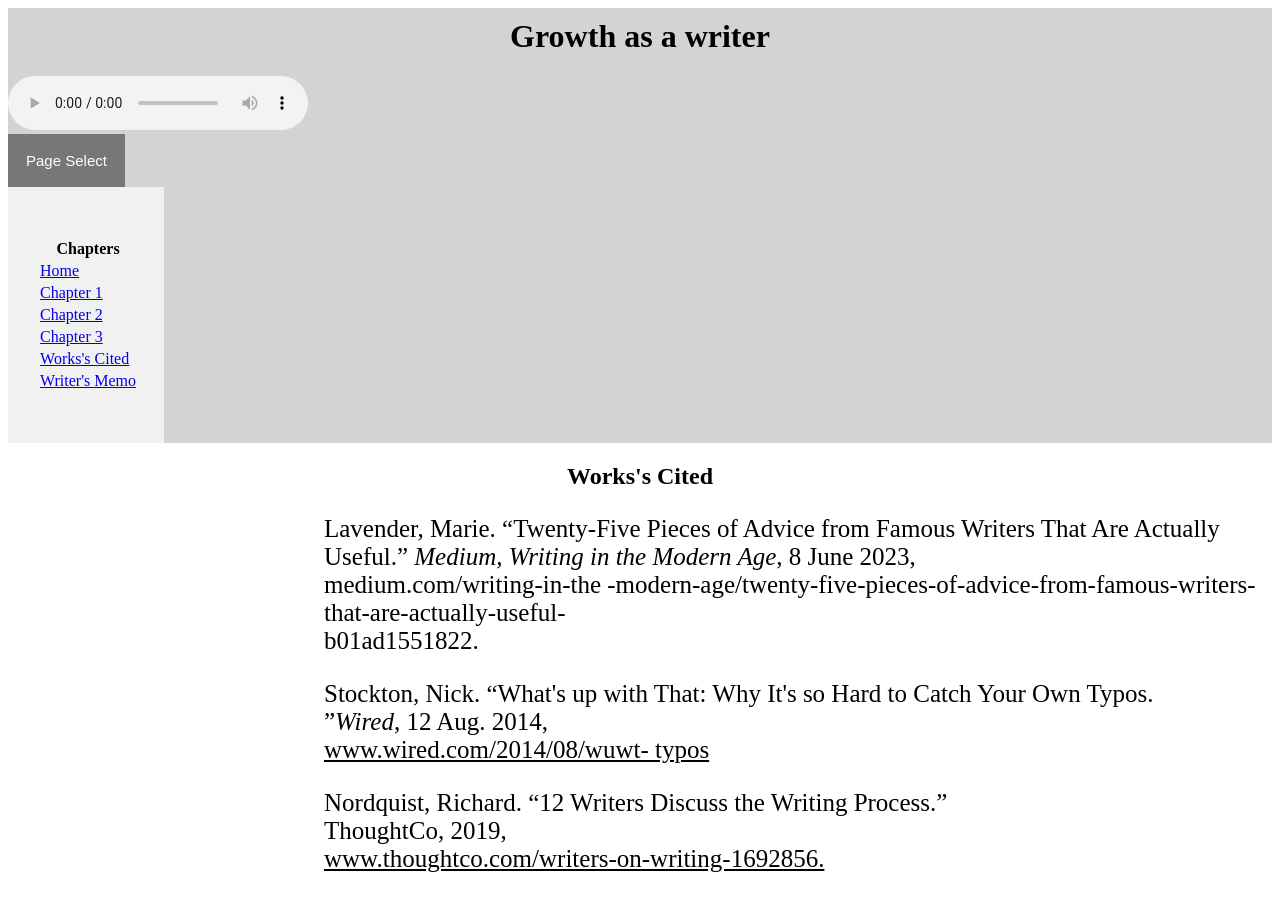
Repository: jpaisiem/WP-4
Page: WorksCited.html
The author's editor kept a copy of each file at every save. The page is drawn from the files as they stood at one save, then again after the next save.
The browser window is 1280 px wide. The pictures show the whole page.

Above is the page before, as saved 2025-05-01 12:26:02.
Console error: TypeError: Cannot read properties of undefined (reading 'toggle')

After the next save:
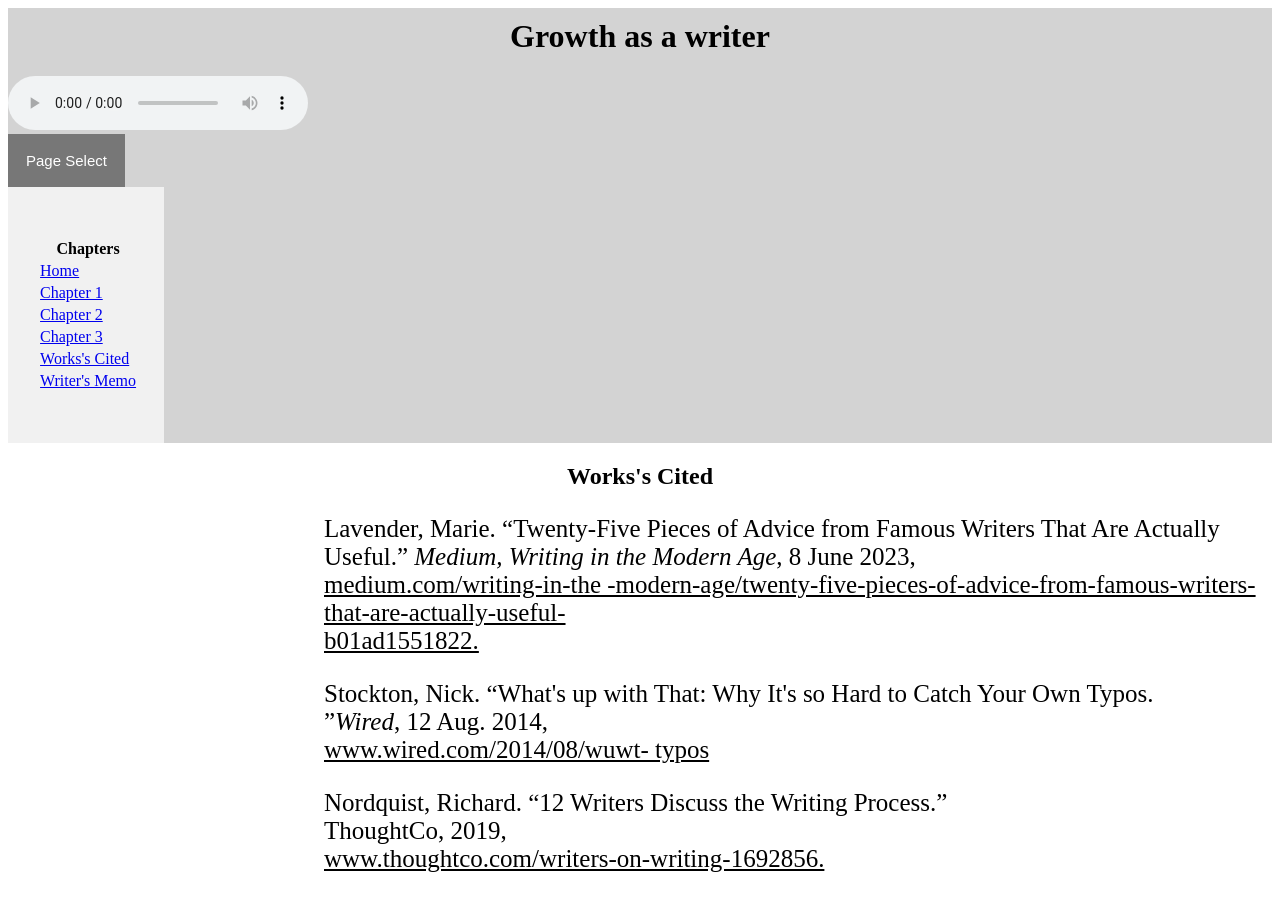
Saved 5 s later.
--- a/WorksCited.html
+++ b/WorksCited.html
@@ -84,9 +84,9 @@ li
      <h2 style="text-align: center;">Works&apos;s Cited</h2>
      <p>
     Lavender, Marie. <q>Twenty-Five Pieces of Advice from Famous Writers That Are Actually <br>
-    Useful.</q> <i>Medium, Writing in the Modern Age</i>, 8 June 2023,<br> <a>medium.com/writing-in-the
+    Useful.</q> <i>Medium, Writing in the Modern Age</i>, 8 June 2023,<br> <u><a>medium.com/writing-in-the
     -modern-age/twenty-five-pieces-of-advice-from-famous-writers-that-are-actually-useful-<br>
-    b01ad1551822.</a></u><br>
+    b01ad1551822.</u><br>
 </p>
 <p>
      Stockton, Nick. <q>What&apos;s up with That: Why It&apos;s so Hard to Catch Your Own
